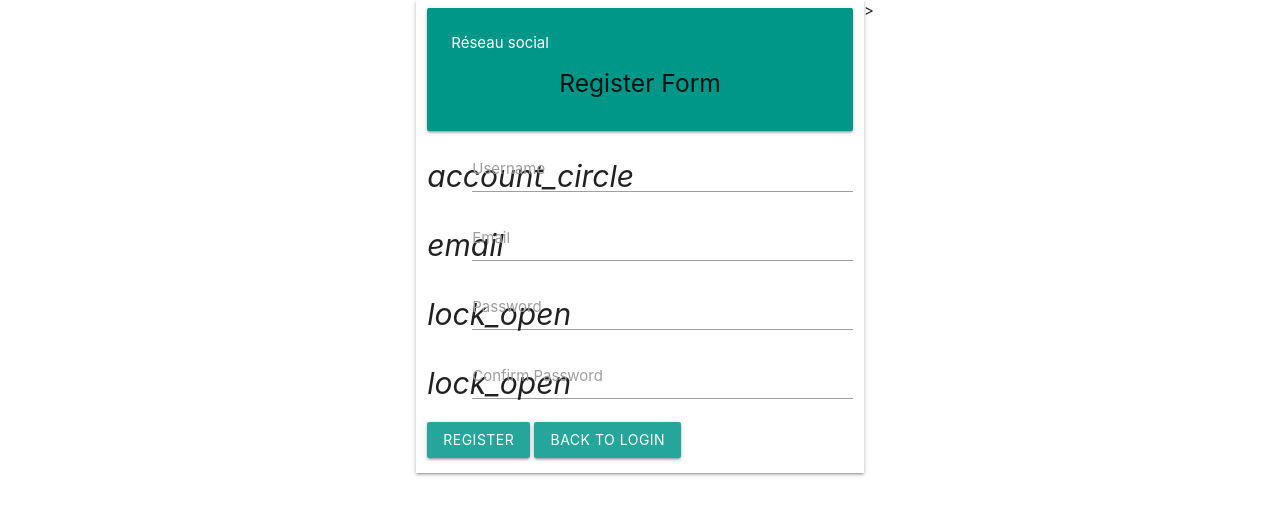
Repository: thdal/Atelier_JEE_16_02
Page: http://localhost/Atelier_JEE_16_02/WEB-INF/pages/connexion/FormRegister.jsp
These files come from the project's save history. The page is drawn as it stood at one moment and after the next save; the edit follows.
The browser window is 1280 px wide. The pictures show the whole page.
The page is served by Tomcat 9. Nobody is signed in. The template is opened directly, without the code that normally fills it, so the values that code supplies are empty.

Above is the page before, as saved 2021-02-22 07:23:18.

After the next save:
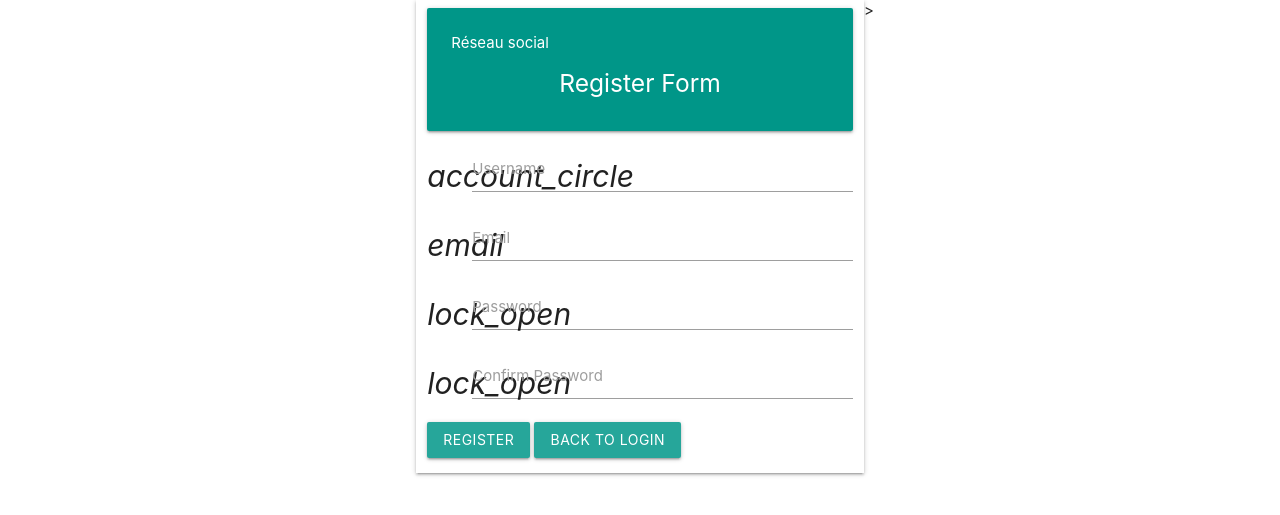
Saved 22 s later.
--- a/Atelier_JEE_16_02/src/main/webapp/WEB-INF/pages/connexion/FormRegister.jsp
+++ b/Atelier_JEE_16_02/src/main/webapp/WEB-INF/pages/connexion/FormRegister.jsp
@@ -16,8 +16,8 @@
           <div class="col s6 offset-s3 z-depth-1" id="panell">
             <!-- <h5 style="text-align: center;" id="title">Register Form</h5> -->
             <div class="card-panel teal">
-	          <span class="white-text">Réseau social</span>
-	          <h5 style="text-align: center;" id="title">Register Form</h5>
+	          <span style="text-align: center;" class="white-text">Réseau social</span>
+	          <h5 style="text-align: center;" class="white-text" id="title">Register Form</h5>
 	        </div>
             <form>
 
